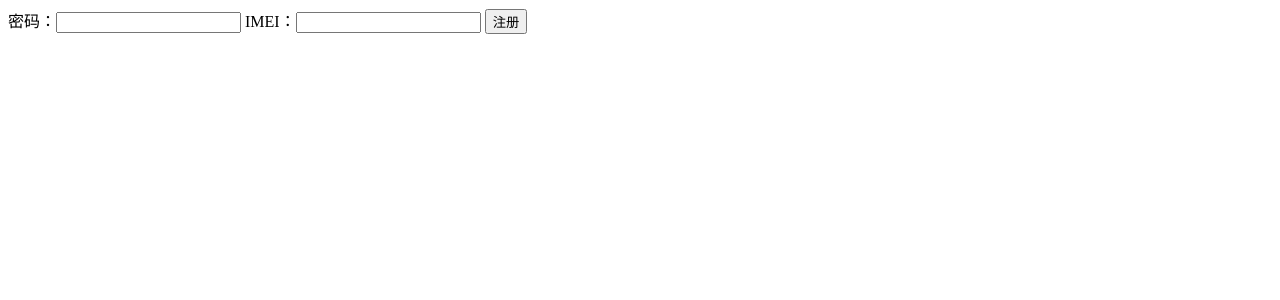
Repository: FlyToper/ActCode
Page: Application/ActivationCode/Home/View/User/show.html
An editor plug-in stored every save of this project. The page is shown before and after the next save, followed by the edit.
The browser window is 1280 px wide. The pictures show the whole page.

Above is the page before, as saved 2016-07-27 01:44:44.

After the next save:
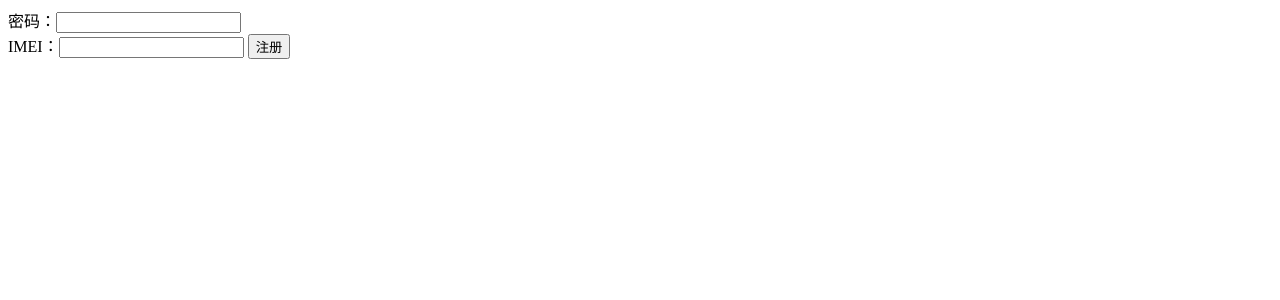
Saved 32 s later.
--- a/Application/ActivationCode/Home/View/User/show.html
+++ b/Application/ActivationCode/Home/View/User/show.html
@@ -6,7 +6,7 @@
 </head>
 <body>
 	<form action="/User/register" method="post">
-	密码：<input tyepe="text" name="Password">
+	密码：<input tyepe="text" name="Password"><br>
 	IMEI：<input tyepe="text" name="Imei" >
 	<input type="submit" value="注册">
 	</form>
